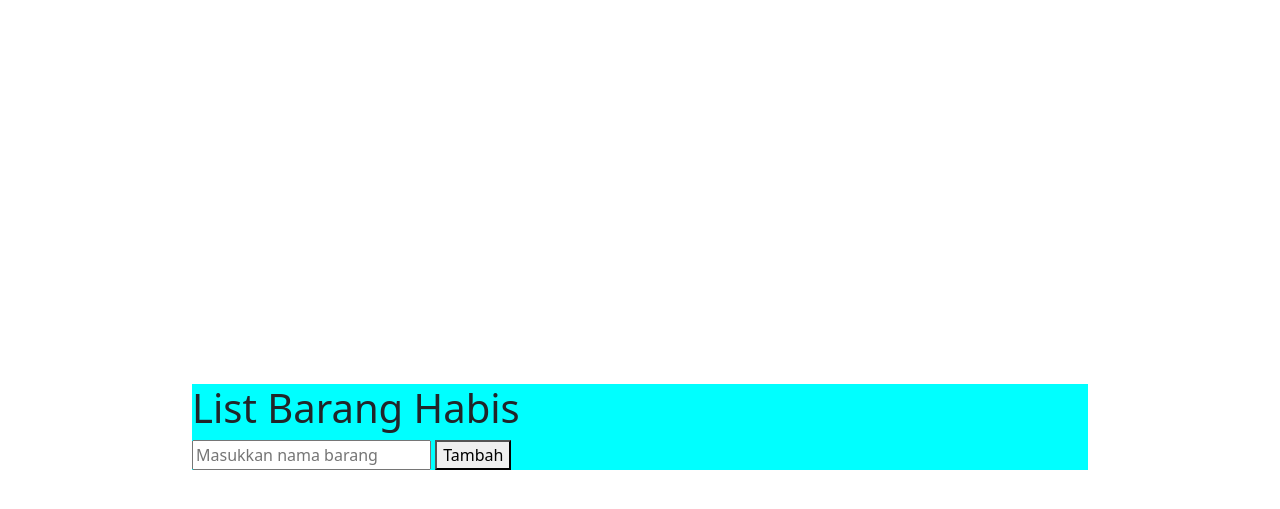
Repository: amorysdeo/dirumah
Page: index.html
An editor plug-in stored every save of this project. The page is shown before and after the next save, followed by the edit.
The browser window is 1280 px wide. The pictures show the whole page.

Above is the page before, as saved 2025-11-27 11:52:54.

### index.html
<!DOCTYPE html>
<html lang="en">
<head>
    <meta charset="UTF-8">
    <meta name="viewport" content="width=device-width, initial-scale=1.0">
    <link rel="stylesheet" href="css.css">
    <link href="https://cdn.jsdelivr.net/npm/bootstrap@5.3.3/dist/css/bootstrap.min.css" rel="stylesheet">

    <title>Belanja</title>
</head>
<body>
    <div id="main-box">
        <div id="title">
            <h1>List Barang Habis</h1>
        </div>
        <div id="inputan">
            <input type="text" id="barang" name="barang" placeholder="Masukkan nama barang">
            <button>Tambah</button>
        </div>
    </div>

    <script src="https://cdn.jsdelivr.net/npm/@popperjs/core@2.11.8/dist/umd/popper.min.js"></script>
    <script src="https://cdn.jsdelivr.net/npm/bootstrap@5.3.3/dist/js/bootstrap.min.js"></script>
</body>
</html>

### css.css
body{
    padding-top: 30%;
    align-items: center;
    justify-content: center;
    display: flex;
    flex-direction: column;
    margin-left: auto;
    margin-right: auto;
}

#main-box{
    background-color: aqua;
    justify-content: center;
    align-items: center;
    width: 70%;
}

#title h1{

}

After the next save:
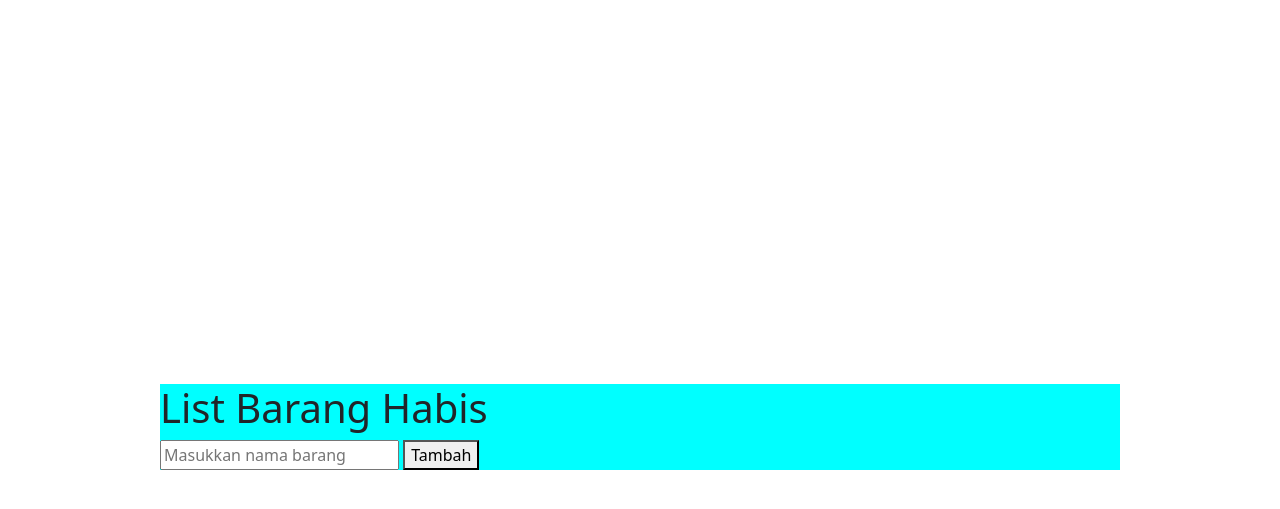
Saved 11 s later.
--- a/css.css
+++ b/css.css
@@ -12,7 +12,7 @@ body{
     background-color: aqua;
     justify-content: center;
     align-items: center;
-    width: 70%;
+    width: 75%;
 }
 
 #title h1{
